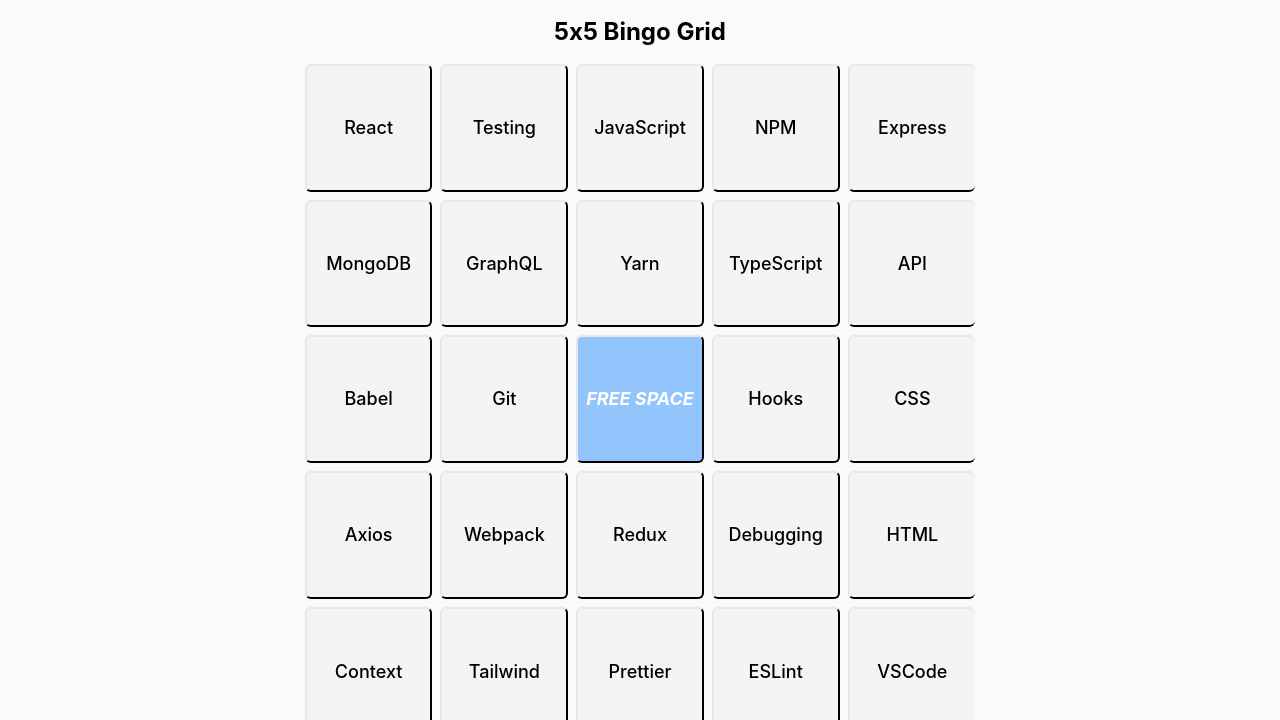
Repository: yassirbn/football-bingo
Page: /
These files come from the project's save history. The page is drawn as it stood at one moment and after the next save; the edit follows.
The browser window is 1280 px wide. The pictures show the whole page.
The project was rebuilt for these pictures with package versions that can differ from the ones it lists, and the page was loaded fresh each time.

Above is the page before, as saved 2024-11-26 17:57:58.

After the next save:
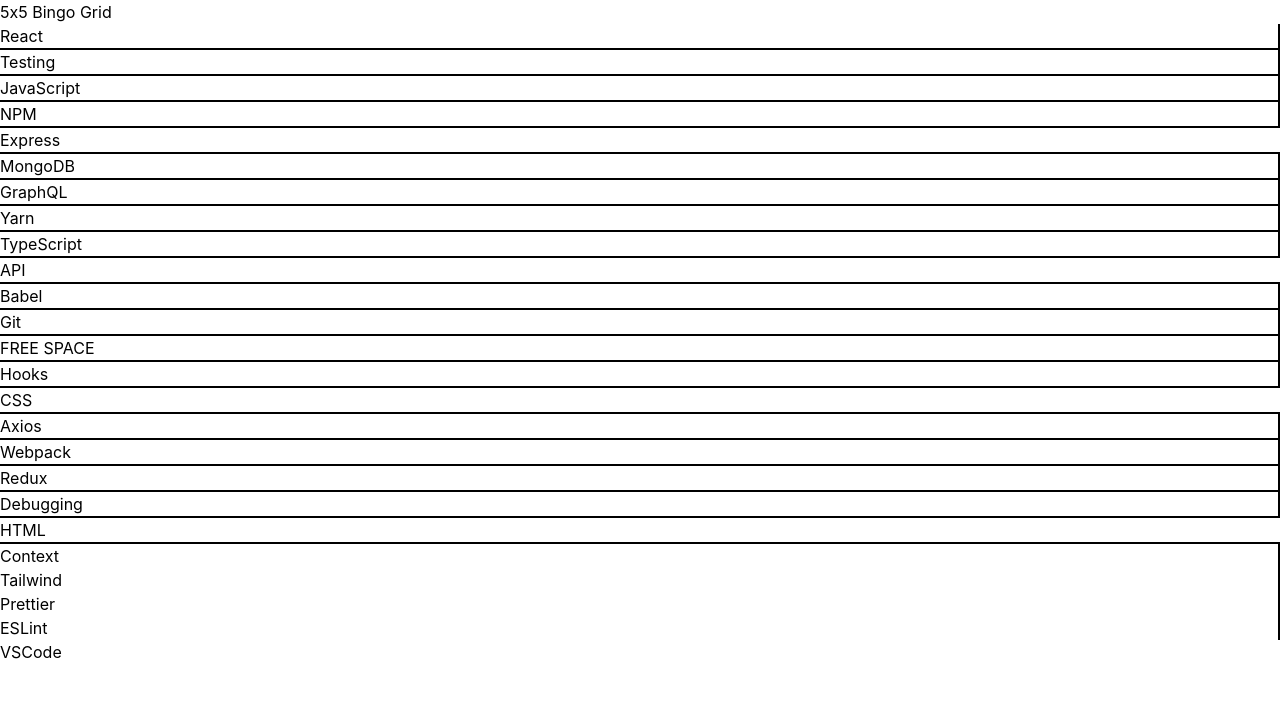
Saved 23 s later.
--- a/tailwind.config.js
+++ b/tailwind.config.js
@@ -6,17 +6,78 @@
       fontFamily: {
         hand: ["'Caveat'", "cursive"],
       },
+      animation: {
+        fireworks: "fireworks 1.5s ease-out forwards",
+        "bingo-fade": "bingo-fade 2s ease-out forwards",
+        "bingo-shake": "bingo-shake 0.5s ease-in-out infinite",
+      },
       keyframes: {
-        explode: {
-          "0%": { transform: "scale(0)", opacity: 1 },
-          "50%": { transform: "scale(1.2)", opacity: 0.8 },
-          "100%": { transform: "scale(0)", opacity: 0 },
+        fireworks: {
+          "0%": {
+            transform: "scale(0) translate(0, 0)",
+            opacity: 1,
+          },
+          "50%": {
+            transform: "scale(1) translate(var(--x), var(--y))",
+            opacity: 1,
+          },
+          "100%": {
+            transform: "scale(2) translate(var(--x), var(--y))",
+            opacity: 0,
+          },
         },
-      },
-      animation: {
-        explode: "explode 1.5s ease-out forwards", // Apply animation once
+        "bingo-fade": {
+          "0%": { opacity: 0 },
+          "100%": { opacity: 1 },
+        },
+        "bingo-shake": {
+          "0%": { transform: "rotate(0)" },
+          "25%": { transform: "rotate(5deg)" },
+          "50%": { transform: "rotate(0)" },
+          "75%": { transform: "rotate(-5deg)" },
+          "100%": { transform: "rotate(0)" },
+        },
       },
     },
   },
   plugins: [],
 }
+
+module.exports = {
+  theme: {
+    extend: {
+      animation: {
+        fireworks: "fireworks 1.5s ease-out forwards",
+        "bingo-fade": "bingo-fade 2s ease-out forwards",
+        "bingo-shake": "bingo-shake 0.5s ease-in-out infinite",
+      },
+      keyframes: {
+        fireworks: {
+          "0%": {
+            transform: "scale(0) translate(0, 0)",
+            opacity: 1,
+          },
+          "50%": {
+            transform: "scale(1) translate(var(--x), var(--y))",
+            opacity: 1,
+          },
+          "100%": {
+            transform: "scale(2) translate(var(--x), var(--y))",
+            opacity: 0,
+          },
+        },
+        "bingo-fade": {
+          "0%": { opacity: 0 },
+          "100%": { opacity: 1 },
+        },
+        "bingo-shake": {
+          "0%": { transform: "rotate(0)" },
+          "25%": { transform: "rotate(5deg)" },
+          "50%": { transform: "rotate(0)" },
+          "75%": { transform: "rotate(-5deg)" },
+          "100%": { transform: "rotate(0)" },
+        },
+      },
+    },
+  },
+};

After the save that followed:
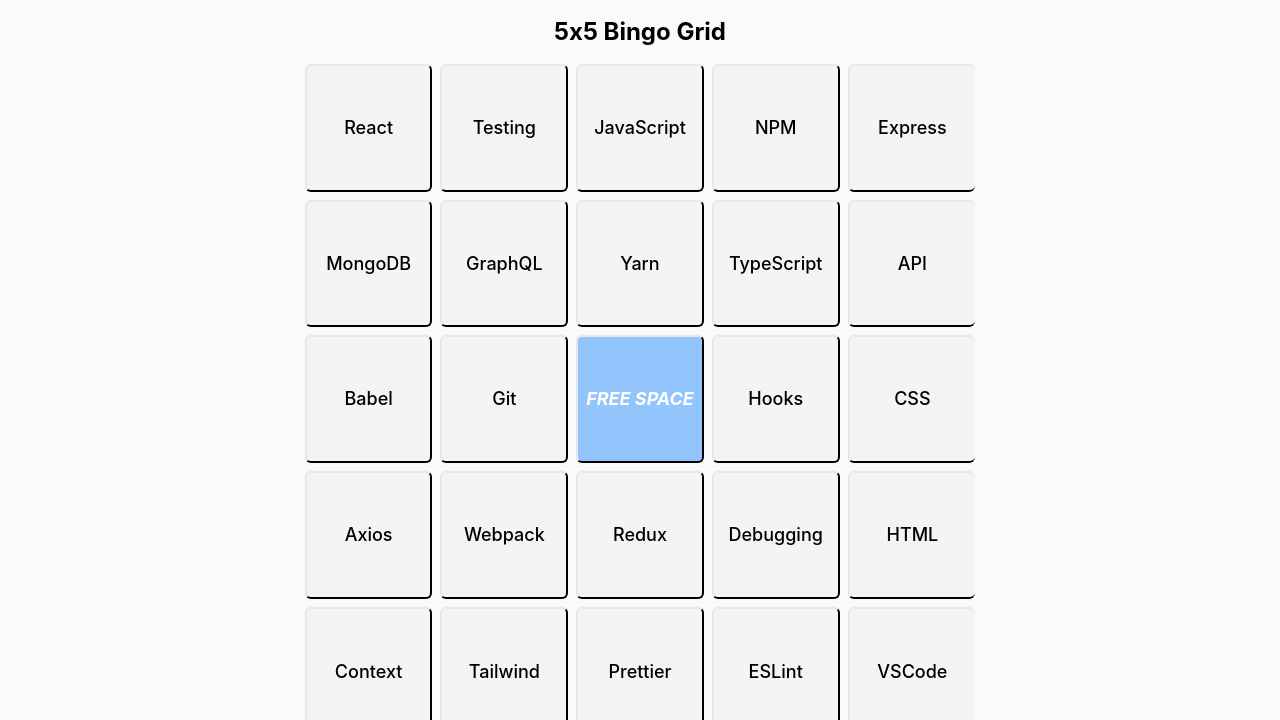
Saved 10 s later.
--- a/tailwind.config.js
+++ b/tailwind.config.js
@@ -42,42 +42,3 @@
   },
   plugins: [],
 }
-
-module.exports = {
-  theme: {
-    extend: {
-      animation: {
-        fireworks: "fireworks 1.5s ease-out forwards",
-        "bingo-fade": "bingo-fade 2s ease-out forwards",
-        "bingo-shake": "bingo-shake 0.5s ease-in-out infinite",
-      },
-      keyframes: {
-        fireworks: {
-          "0%": {
-            transform: "scale(0) translate(0, 0)",
-            opacity: 1,
-          },
-          "50%": {
-            transform: "scale(1) translate(var(--x), var(--y))",
-            opacity: 1,
-          },
-          "100%": {
-            transform: "scale(2) translate(var(--x), var(--y))",
-            opacity: 0,
-          },
-        },
-        "bingo-fade": {
-          "0%": { opacity: 0 },
-          "100%": { opacity: 1 },
-        },
-        "bingo-shake": {
-          "0%": { transform: "rotate(0)" },
-          "25%": { transform: "rotate(5deg)" },
-          "50%": { transform: "rotate(0)" },
-          "75%": { transform: "rotate(-5deg)" },
-          "100%": { transform: "rotate(0)" },
-        },
-      },
-    },
-  },
-};
